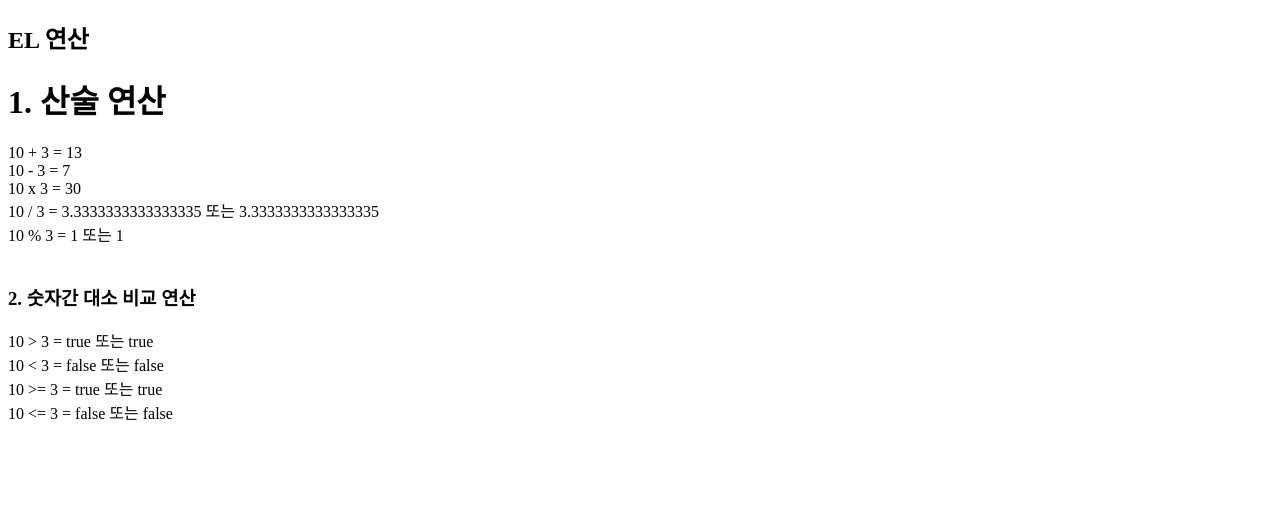
Repository: Young-27/DailyStudy
Page: http://localhost/actionProject/operation.do
The author's editor kept a copy of each file at every save. The page is drawn from the files as they stood at one save, then again after the next save.
The browser window is 1280 px wide. The pictures show the whole page.
The page is served by Tomcat 9.

Above is the page before, as saved 2021-06-16 10:17:42.

After the next save:
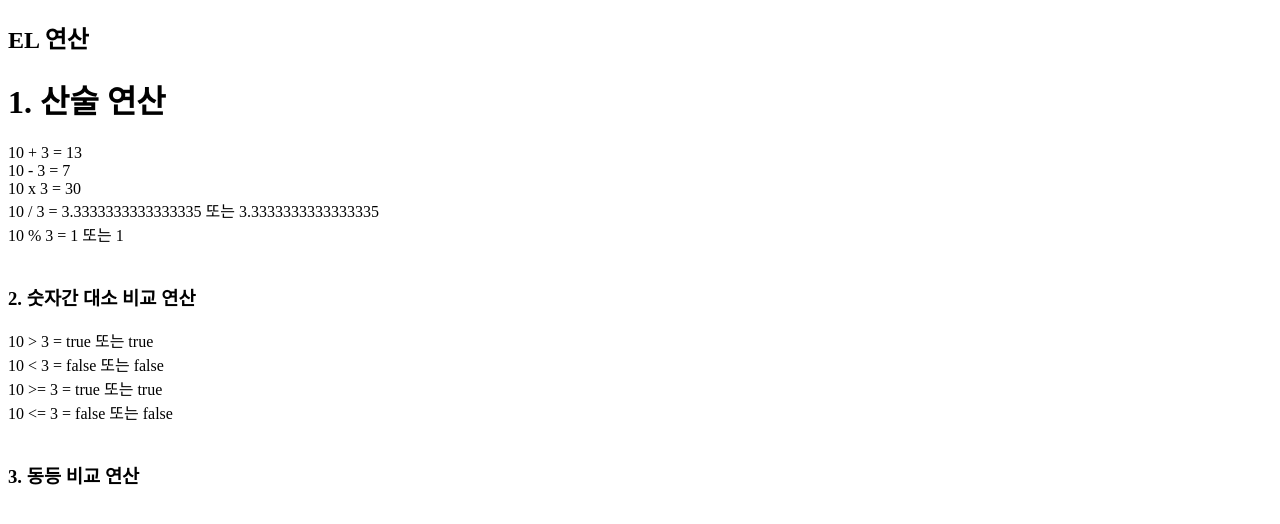
Saved 90 s later.
--- a/Server/web-workspace2/actionProject/WebContent/views/1_EL/02_elOperation.jsp
+++ b/Server/web-workspace2/actionProject/WebContent/views/1_EL/02_elOperation.jsp
@@ -25,7 +25,7 @@
 	10 &gt;= 3 = ${ big >= small } 또는 ${ big ge small } <br>
 	10 &lt;= 3 = ${ big <= small } 또는 ${ big le small } <br><br>
 
-
+	<h3>3. 동등 비교 연산</h3>
 
 </body>
 </html>
